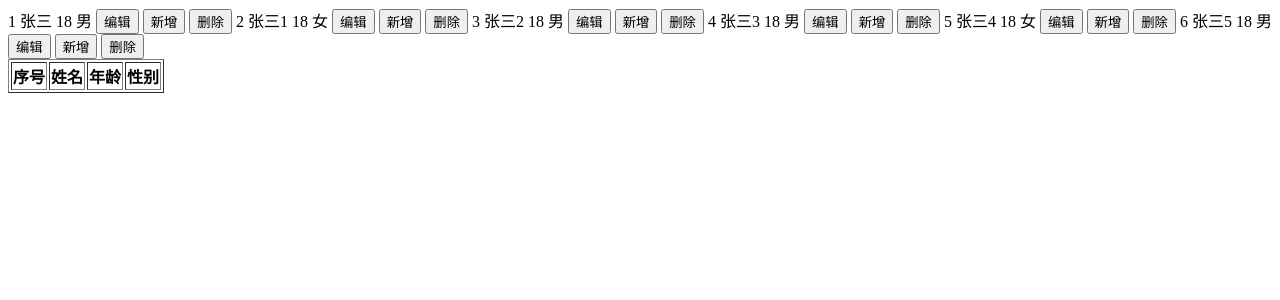
Repository: yuanritian1/5oproject50days
Page: 表格table/index.html
These files come from the project's save history. The page is drawn as it stood at one moment and after the next save; the edit follows.
The browser window is 1280 px wide. The pictures show the whole page.

Above is the page before, as saved 2022-09-03 10:06:03.

After the next save:
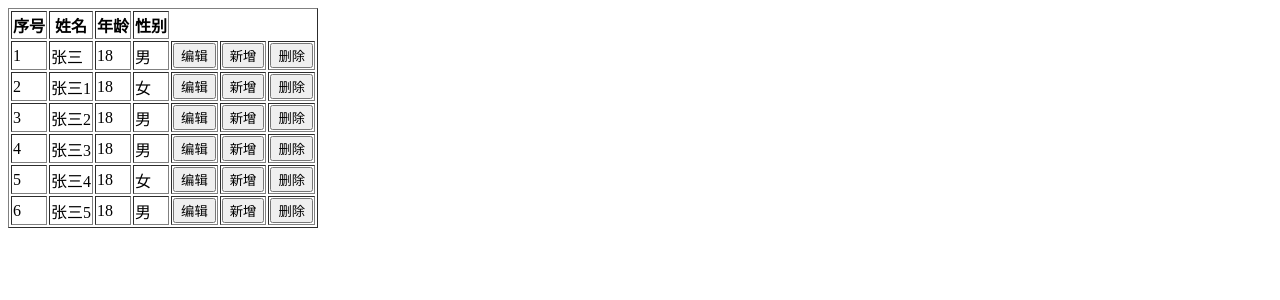
Saved 43 s later.
--- a/表格table/index.html
+++ b/表格table/index.html
@@ -27,10 +27,7 @@
                     </th>
                 </tr>
             </thead>
-            <tbody>
-                <div id="content">
-
-                </div>
+            <tbody id="content">
             </tbody>
         </table>
     </div>
